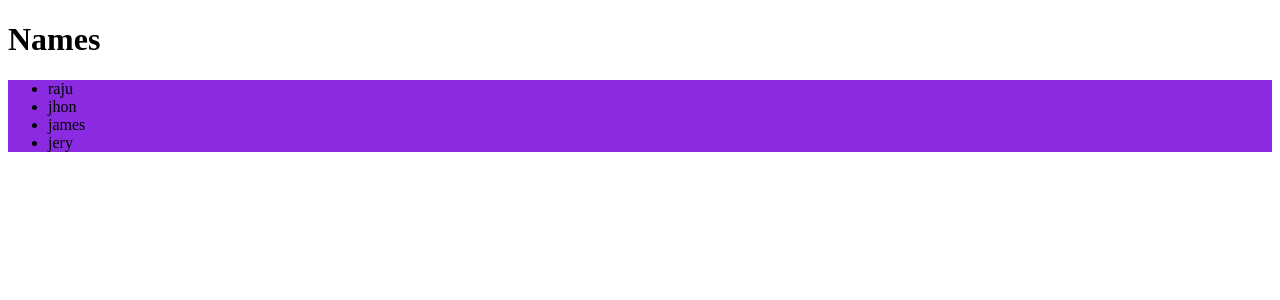
Repository: Ashwin1510/php_projectgh
Page: http://localhost/names.php
These files come from the project's save history. The page is drawn as it stood at one moment and after the next save; the edit follows.
The browser window is 1280 px wide. The pictures show the whole page.
The page is run by PHP 8.4 with error messages shown; the project is at /var/www/html/.

Above is the page before, as saved 2022-12-14 12:40:34.

After the next save:
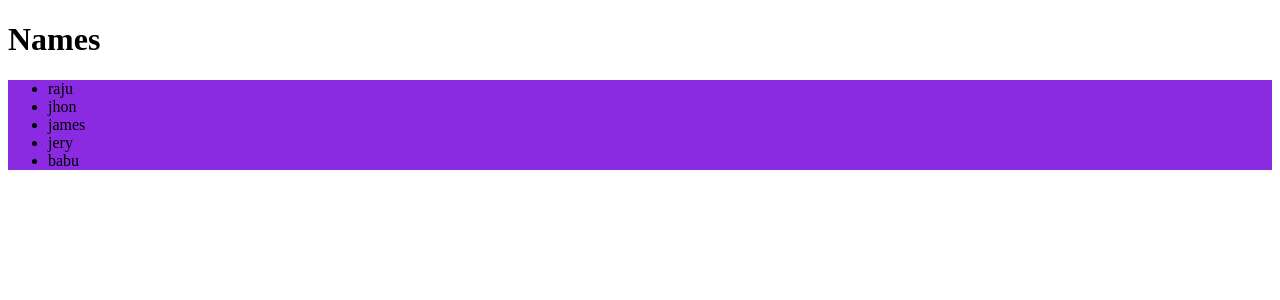
Saved 3 min 28 s later.
--- a/names.php
+++ b/names.php
@@ -1,5 +1,5 @@
 <?php
-$names=['raju','jhon', 'james','jery'];
+$names=['raju','jhon', 'james','jery','babu'];
 ?>
 
 
